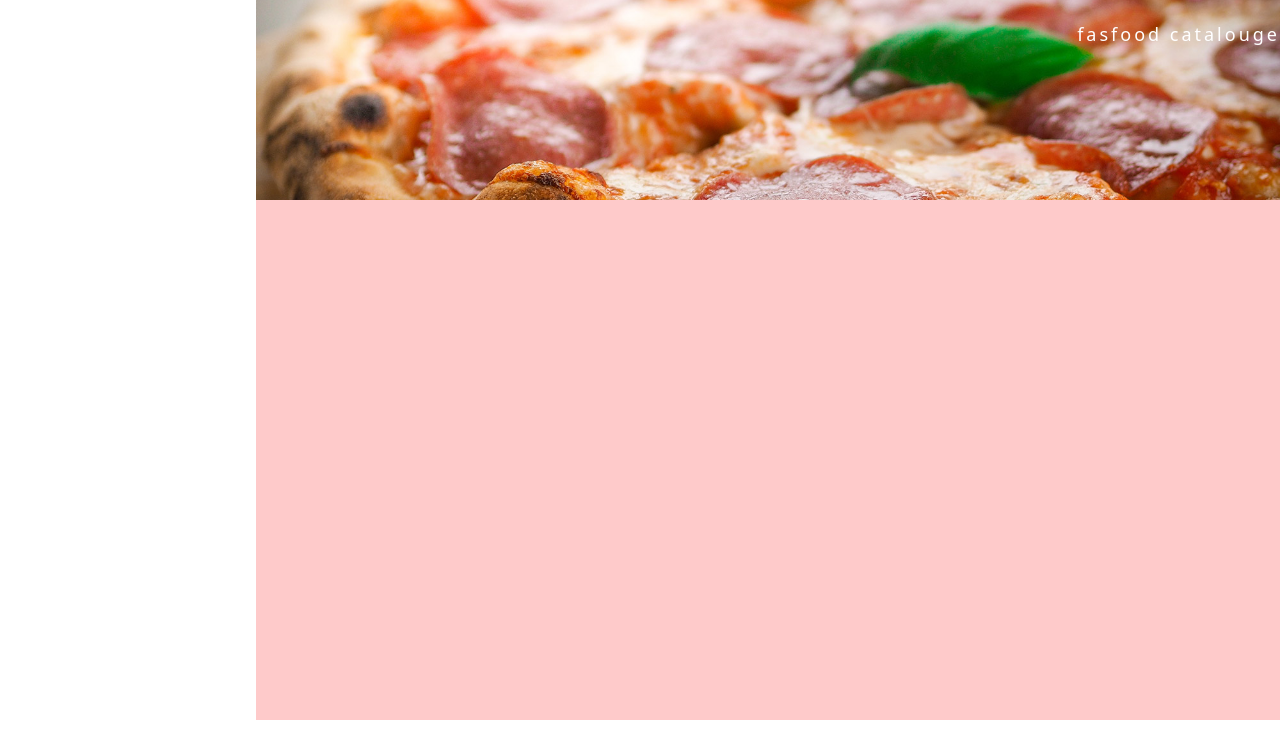
Repository: zahranaserii/FastFoodProject
Page: /
These files come from the project's save history. The page is drawn as it stood at one moment and after the next save; the edit follows.
The browser window is 1280 px wide. The pictures show the whole page.
The project was rebuilt for these pictures with package versions that can differ from the ones it lists, and the page was loaded fresh each time.

Above is the page before, as saved 2023-11-17 11:19:38.

After the next save:
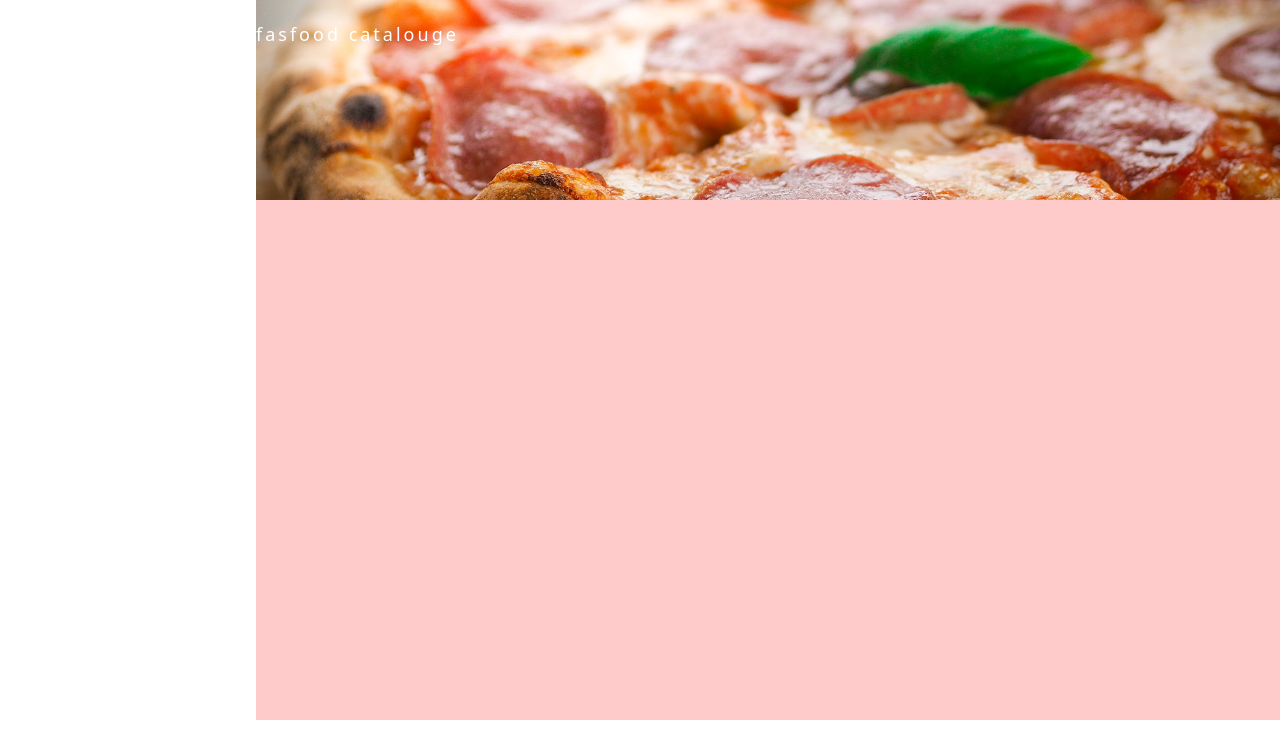
Saved 7 s later.
--- a/src/Header/Header.jsx
+++ b/src/Header/Header.jsx
@@ -4,7 +4,7 @@ const Header = () => {
   return (
     <header className="bg-cover bg-center py-5">
       <div className="container">
-        <h1 className="text-white text-lg text-start">fasfood catalouge</h1>
+        <h1 className="text-white text-lg text-end">fasfood catalouge</h1>
       </div>
     </header>
   );
